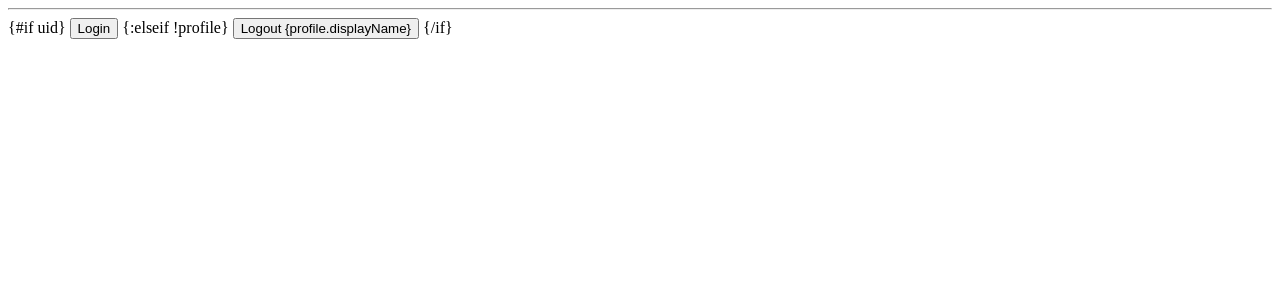
Repository: nicobrinkkemper/firebase-svelte-tododemo
Page: src/components/Nav.html
An editor plug-in stored every save of this project. The page is shown before and after the next save, followed by the edit.
The browser window is 1280 px wide. The pictures show the whole page.

Above is the page before, as saved 2018-11-24 18:13:07.
Console error: SyntaxError: Unexpected token 'export'

### src/components/Nav.html
<nav class="row">
	<div class="col-md-12">
		<hr />
	</div>
	<div class="col-md-12">
		<div class="row">
			<div class="col-md-12">
				{#if uid}
				<button class="btn btn-success" onClick={onLogin}>Login</button>
				{:elseif !profile}
				<button class="btn btn-danger" onClick={onLogout}>Logout {profile.displayName}</button>
				{/if}
			</div>
		</div>
	</div>
</nav>

<script>
	export default {};
</script>
<style>
</style>

After the next save:
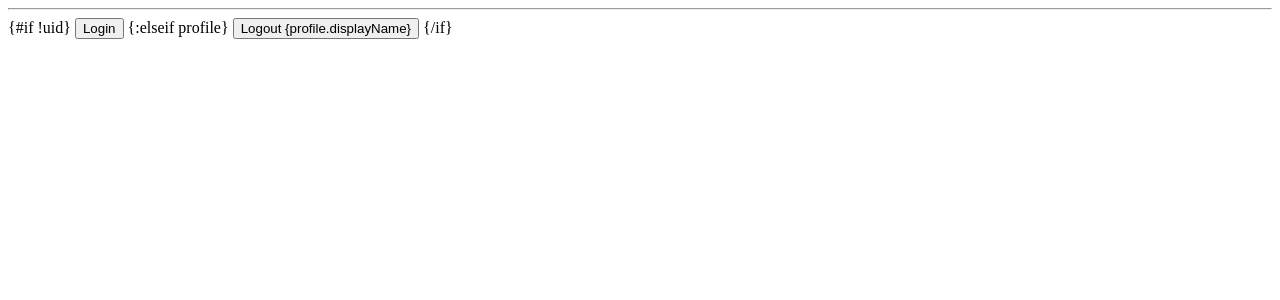
Saved 102 s later.
--- a/src/components/Nav.html
+++ b/src/components/Nav.html
@@ -5,9 +5,9 @@
 	<div class="col-md-12">
 		<div class="row">
 			<div class="col-md-12">
-				{#if uid}
+				{#if !uid}
 				<button class="btn btn-success" onClick={onLogin}>Login</button>
-				{:elseif !profile}
+				{:elseif profile}
 				<button class="btn btn-danger" onClick={onLogout}>Logout {profile.displayName}</button>
 				{/if}
 			</div>
